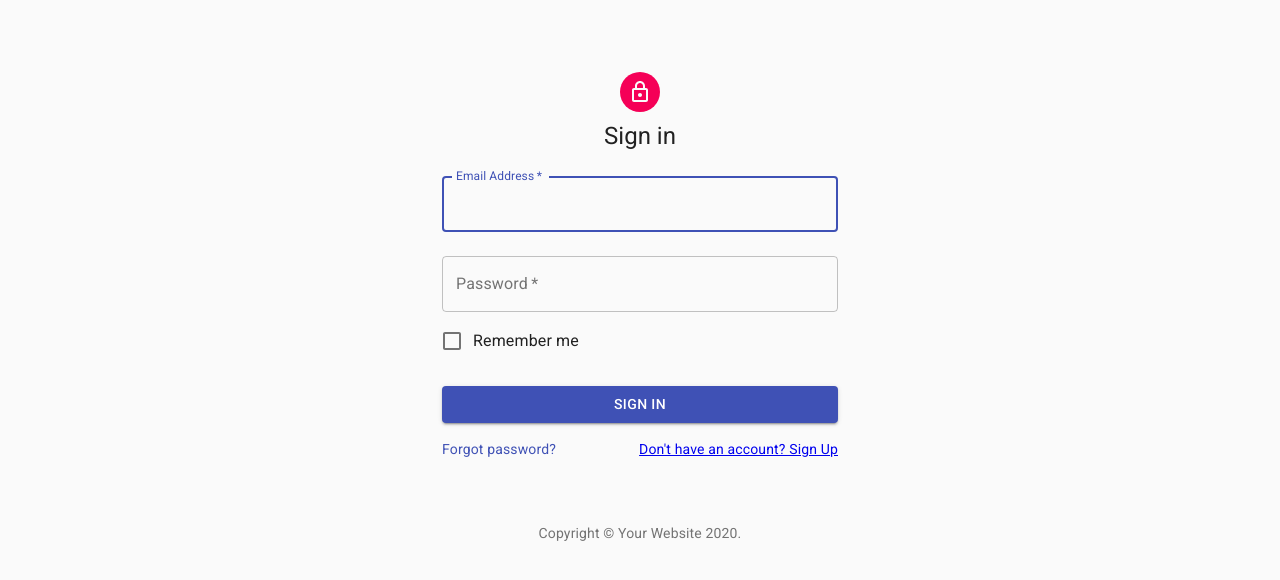
Repository: mk1020/Daily-Bot
Page: /
The author's editor kept a copy of each file at every save. The page is drawn from the files as they stood at one save, then again after the next save.
The browser window is 1280 px wide. The pictures show the whole page.
The project was rebuilt for these pictures with package versions that can differ from the ones it lists, and the page was loaded fresh each time. Also part of the build but not shown: src/components/SignUp/SignUp.module.css, src/components/SignUp/SignUp.js, src/App.module.css.

Above is the page before, as saved 2020-03-09 14:42:25.

After the next save:
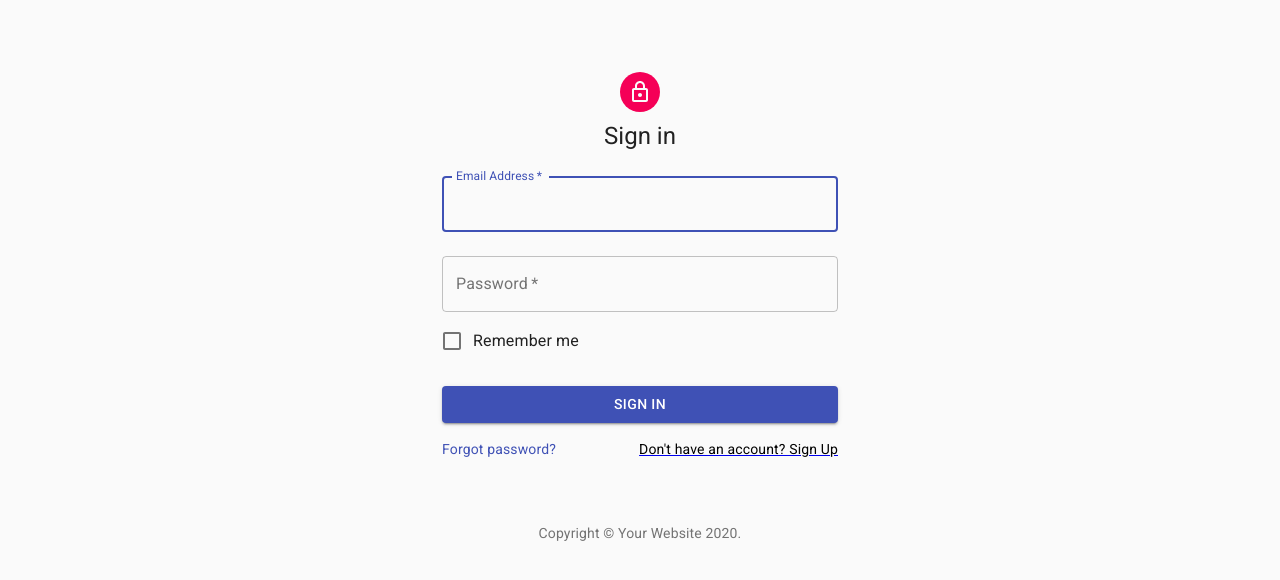
Saved 14 s later.
--- a/src/components/SignIn/SignIn.module.css
+++ b/src/components/SignIn/SignIn.module.css
@@ -1,3 +1,3 @@
-.a:visited {
+.a {
   color:black;
 }
